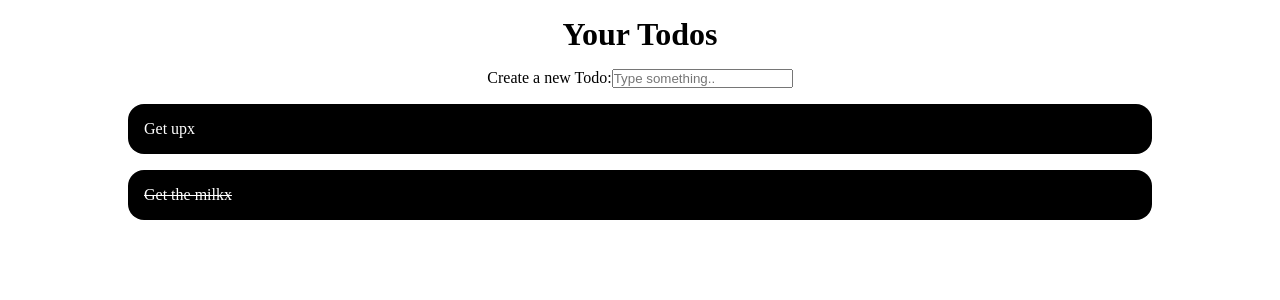
Repository: Heeeeeppo/todo-list
Page: / (app in frontend/)
The author's editor kept a copy of each file at every save. The page is drawn from the files as they stood at one save, then again after the next save.
The browser window is 1280 px wide. The pictures show the whole page.
The project was rebuilt for these pictures with package versions that can differ from the ones it lists, and the page was loaded fresh each time.

Above is the page before, as saved 2023-11-07 19:35:18.

After the next save:
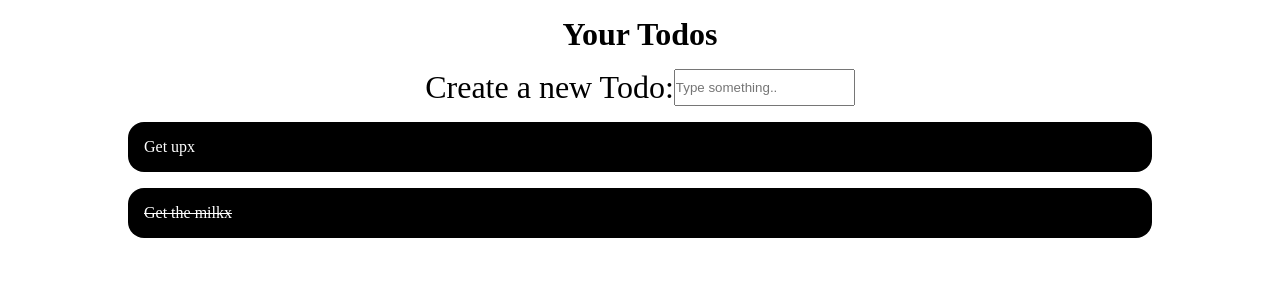
Saved 14 s later.
--- a/frontend/src/index.css
+++ b/frontend/src/index.css
@@ -21,6 +21,10 @@ h1 {
   padding: 16px;
 }
 
+label {
+  font-size: 2rem;
+}
+
 .todo {
   background-color: black;
   color: white;
